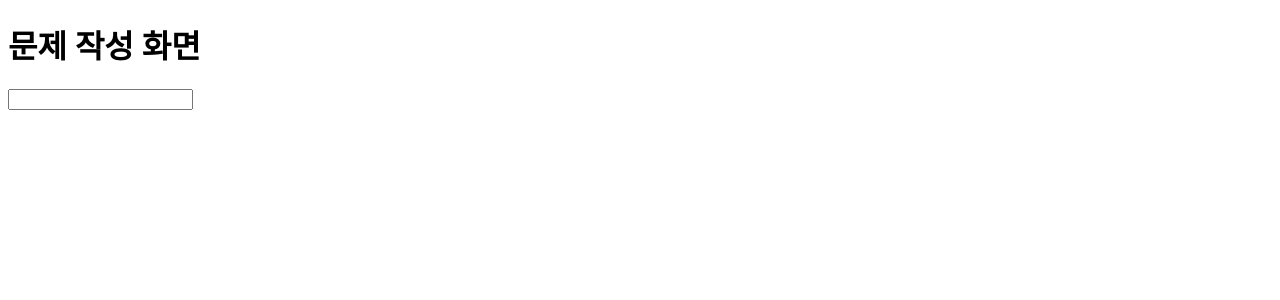
Repository: ryuhm48/Opensource-Project05
Page: http://localhost/Problems/Problems/ProblemWrite.jsp
These files come from the project's save history. The page is drawn as it stood at one moment and after the next save; the edit follows.
The browser window is 1280 px wide. The pictures show the whole page.
The page is served by Tomcat 9. Other server files are loaded and not shown.

Above is the page before, as saved 2019-06-02 01:15:09.

### 문제 풀이 제출 추가/Problems/WebContent/Problems/ProblemWrite.jsp
<%@ page language="java" contentType="text/html; charset=UTF-8"
pageEncoding="UTF-8"%>

<!DOCTYPE html PUBLIC "-//W3C//DTD HTML 4.01Transitional//EN" "http://www.w3.org/TR/html4/loose.dtd">
<html>
<head>
<meta http-equiv="Content-Type" content = text/html; charset="UTF-8">
<title>문제 작성</title>
</head>
<body>
	<h1>문제 작성 화면</h1>

	<form action = "write.do" method = "post">
		<input type = "text" name = "studyNum"><br/>
	</form>
</body>
</html>

After the next save:
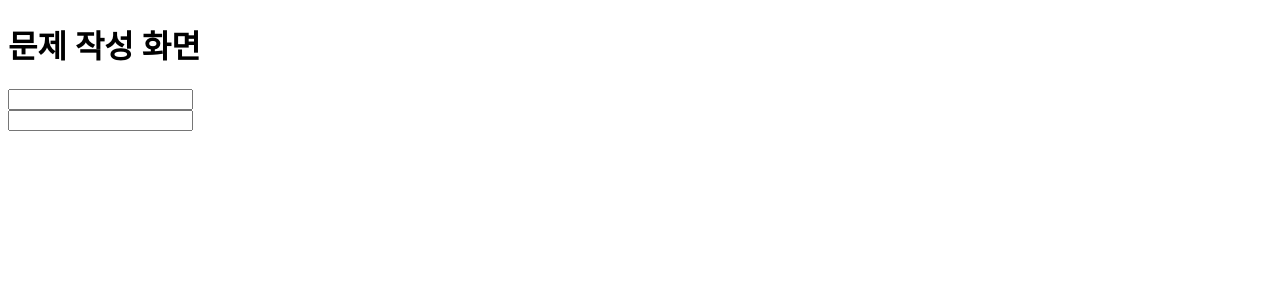
Saved 12 s later.
--- a/문제 풀이 제출 추가/Problems/WebContent/Problems/ProblemWrite.jsp
+++ b/문제 풀이 제출 추가/Problems/WebContent/Problems/ProblemWrite.jsp
@@ -12,6 +12,7 @@
 
 	<form action = "write.do" method = "post">
 		<input type = "text" name = "studyNum"><br/>
+		<input type = "text" name = "problemNum2"><br/>
 	</form>
 </body>
 </html>
